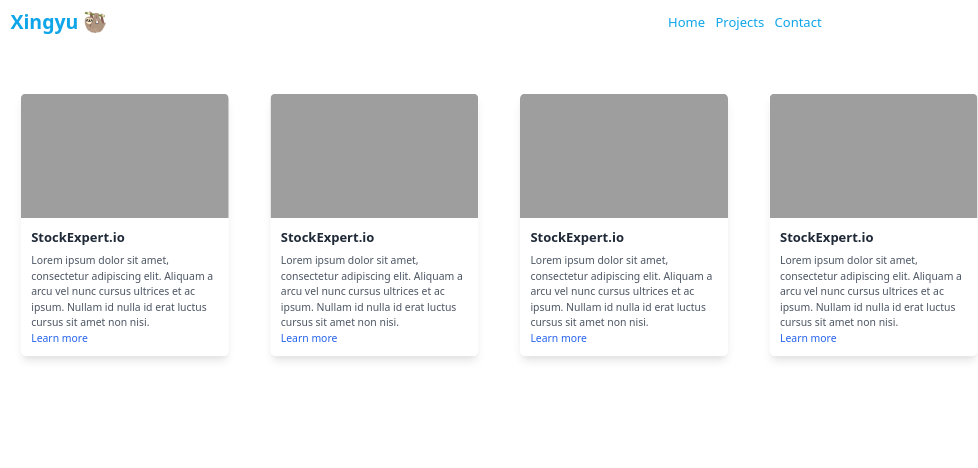
Repository: therealcyberlord/personal-portfolio
Page: /projects
These files come from the project's save history. The page is drawn as it stood at one moment and after the next save; the edit follows.
The browser window is 1280 px wide. The page is 1504 px wide, then 1280 px, then 1504 px, so the pictures cover 1504 px, including what lies to the right of the window. The pictures show the whole page, at 65% of full size.
Pictures or frames that could not be fetched are drawn as grey boxes. The project was rebuilt for these pictures with package versions that can differ from the ones it lists, and the page was loaded fresh each time. Also part of the build but not shown: vite.config.ts, src/components/Profile.tsx, src/pages/Home.tsx, src/pages/Contact.tsx.

Above is the page before, as saved 2023-07-31 22:51:31.

### src/App.tsx
import { BrowserRouter as Router, Routes, Route } from "react-router-dom";
import Home from "./pages/Home";
import Projects from "./pages/Projects";
import Contact from "./pages/Contact";
import Navbar from "./components/Nav";

function App() {
  return (
    <div className="w-screen h-screen">
      <Router>
        <Navbar />
        <Routes>
          <Route path="/" element={<Home />} />
          <Route path="/projects" element={<Projects />} />
          <Route path="/contact" element={<Contact />} />
        </Routes>
      </Router>
    </div>
  );
}

export default App;

### src/pages/Projects.tsx
import Project from "../components/Project";

const Projects = () => {
  return (
    <div className="px-4 py-4">
      <h1 className="text-white text-2xl md:text-3xl font-medium mb-6">
        My Projects
      </h1>
      <div className="grid gap-8" style={{ gridAutoFlow: "column" }}>
        <Project
          name="StockExpert.io"
          description="Lorem ipsum dolor sit amet, consectetur adipiscing elit. Aliquam a arcu vel nunc cursus ultrices et ac ipsum. Nullam id nulla id erat luctus cursus sit amet non nisi."
          img_path="https://camo.githubusercontent.com/945e5847067c8a1e621a81b5eebf8c460be8d8b7176cc0173696d5fdac405438/68747470733a2f2f696d672e796f75747562652e636f6d2f76692f52686c73683466414550492f302e6a7067"
          src_path="https://github.com/therealcyberlord/StockExpert.io"
        />

        <Project
          name="StockExpert.io"
          description="Lorem ipsum dolor sit amet, consectetur adipiscing elit. Aliquam a arcu vel nunc cursus ultrices et ac ipsum. Nullam id nulla id erat luctus cursus sit amet non nisi."
          img_path="https://camo.githubusercontent.com/945e5847067c8a1e621a81b5eebf8c460be8d8b7176cc0173696d5fdac405438/68747470733a2f2f696d672e796f75747562652e636f6d2f76692f52686c73683466414550492f302e6a7067"
          src_path="https://github.com/therealcyberlord/StockExpert.io"
        />
        <Project
          name="StockExpert.io"
          description="Lorem ipsum dolor sit amet, consectetur adipiscing elit. Aliquam a arcu vel nunc cursus ultrices et ac ipsum. Nullam id nulla id erat luctus cursus sit amet non nisi."
          img_path="https://camo.githubusercontent.com/945e5847067c8a1e621a81b5eebf8c460be8d8b7176cc0173696d5fdac405438/68747470733a2f2f696d672e796f75747562652e636f6d2f76692f52686c73683466414550492f302e6a7067"
          src_path="https://github.com/therealcyberlord/StockExpert.io"
        />

        <Project
          name="StockExpert.io"
          description="Lorem ipsum dolor sit amet, consectetur adipiscing elit. Aliquam a arcu vel nunc cursus ultrices et ac ipsum. Nullam id nulla id erat luctus cursus sit amet non nisi."
          img_path="https://camo.githubusercontent.com/945e5847067c8a1e621a81b5eebf8c460be8d8b7176cc0173696d5fdac405438/68747470733a2f2f696d672e796f75747562652e636f6d2f76692f52686c73683466414550492f302e6a7067"
          src_path="https://github.com/therealcyberlord/StockExpert.io"
        />
      </div>
    </div>
  );
};

export default Projects;

### src/components/Nav.tsx
import { Link } from "react-router-dom";

const Navbar = () => {
  return (
    <nav className="p-4">
      <div className="flex justify-between items-center">
        <div className="text-sky-500 dark:text-sky-400 font-bold text-3xl">
          Xingyu 🦥
        </div>
        <ul className="flex space-x-4">
          <li>
            <Link
              to="/"
              className="text-sky-500 text-xl dark:text-sky-400 hover:text-blue-200 dark:hover:text-blue-200 transition duration-300"
            >
              Home
            </Link>
          </li>
          <li>
            <Link
              to="/projects"
              className="text-sky-500 text-xl dark:text-sky-400 hover:text-blue-200 dark:hover:text-blue-200 transition duration-300"
            >
              Projects
            </Link>
          </li>
          <li>
            <Link
              to="/contact"
              className="text-sky-500 text-xl dark:text-sky-400 hover:text-blue-200 dark:hover:text-blue-200 transition duration-300"
            >
              Contact
            </Link>
          </li>
        </ul>
      </div>
    </nav>
  );
};

export default Navbar;

### src/components/Project.tsx
import React from "react";

interface ProfileProps {
  name: string;
  description: string;
  img_path: string;
  src_path: string;
}

const Profile: React.FC<ProfileProps> = ({
  name,
  description,
  img_path,
  src_path,
}) => {
  return (
    <div className="bg-white dark:bg-gray-700 rounded-lg shadow-lg overflow-hidden w-80 mx-4">
      <img
        className="w-full h-48 object-cover object-center"
        src={img_path}
        alt="Project 1"
      />
      <div className="p-4">
        <h3 className="text-xl font-semibold text-gray-800 dark:text-white">
          {name}
        </h3>
        <p className="mt-2 text-gray-600 dark:text-gray-300">{description}</p>
        <a
          href={src_path}
          className="mt-3 text-blue-600 dark:text-blue-400 hover:underline"
        >
          Learn more
        </a>
      </div>
    </div>
  );
};

export default Profile;

### tailwind.config.js
/** @type {import('tailwindcss').Config} */

export default {
  content: ["./index.html", "./src/**/*.{js,ts,jsx,tsx}"],
  theme: {
    extend: {
      colors: {
        primary: "#202225",
        secondary: "#5865f2",
      },
    },
  },
  plugins: [],
};

Loaded but not shown: src/main.tsx (common file); src/index.css (common file)

After the next save:
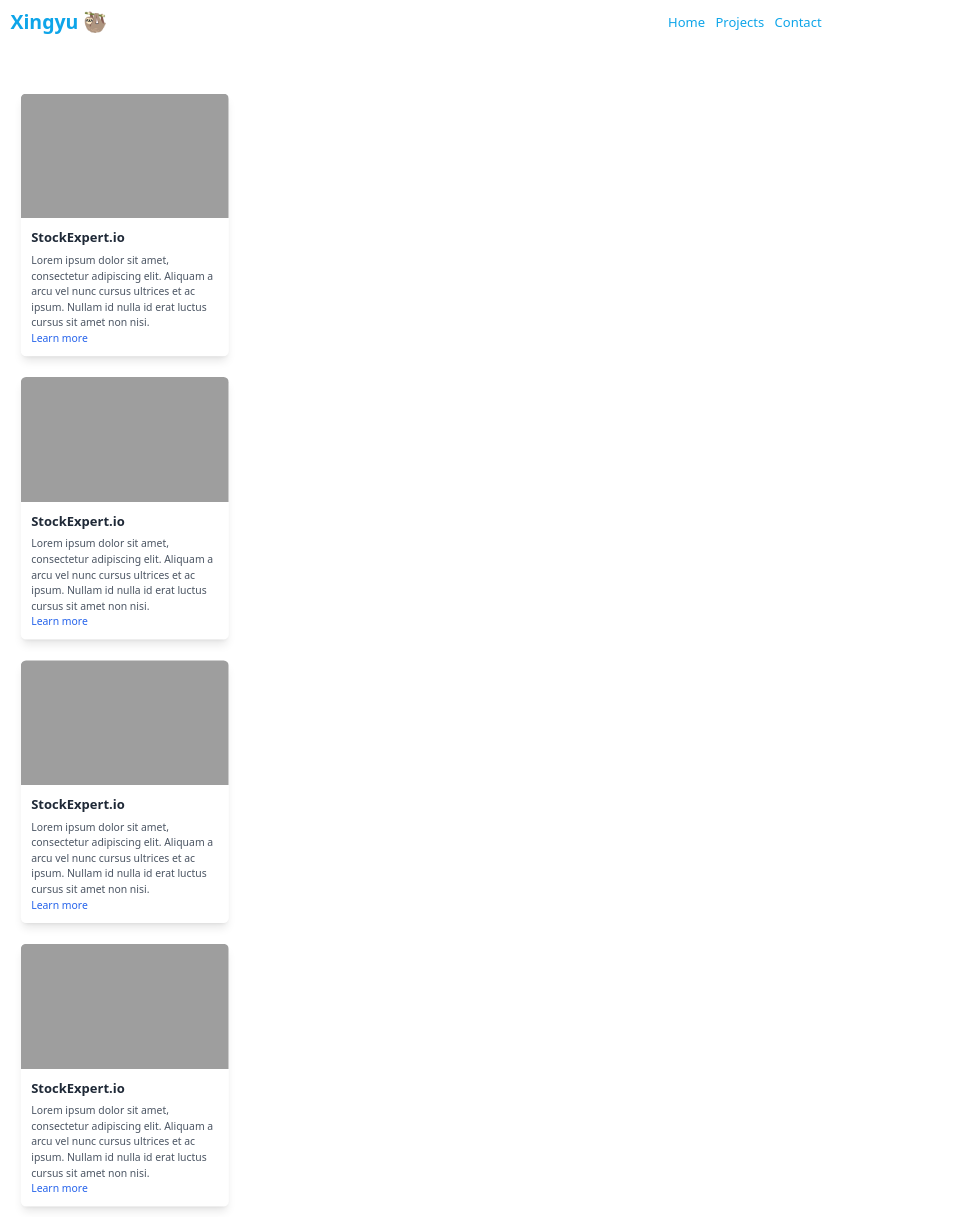
Saved 86 s later.
--- a/src/pages/Projects.tsx
+++ b/src/pages/Projects.tsx
@@ -6,7 +6,7 @@
       <h1 className="text-white text-2xl md:text-3xl font-medium mb-6">
         My Projects
       </h1>
-      <div className="grid gap-8" style={{ gridAutoFlow: "column" }}>
+      <div className="grid gap-8 flex flex-col md:flex-row md:flex-wrap">
         <Project
           name="StockExpert.io"
           description="Lorem ipsum dolor sit amet, consectetur adipiscing elit. Aliquam a arcu vel nunc cursus ultrices et ac ipsum. Nullam id nulla id erat luctus cursus sit amet non nisi."

After the 3 saves that followed:
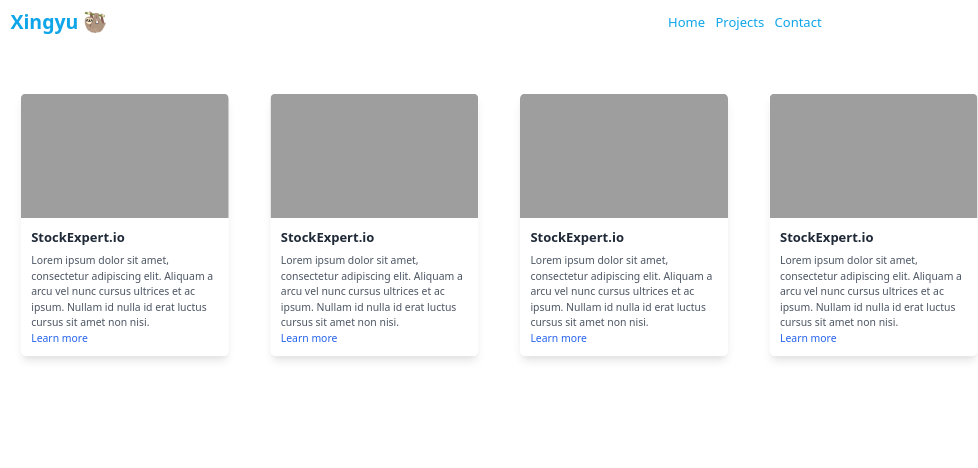
The 3 saves are shown as one change because 1 left the picture as it was and some came seconds apart.
The last was saved 109 s later.
--- a/src/pages/Projects.tsx
+++ b/src/pages/Projects.tsx
@@ -6,7 +6,7 @@
       <h1 className="text-white text-2xl md:text-3xl font-medium mb-6">
         My Projects
       </h1>
-      <div className="grid gap-8 flex flex-col md:flex-row md:flex-wrap">
+      <div className="grid gap-8" style={{ gridAutoFlow: "column" }}>
         <Project
           name="StockExpert.io"
           description="Lorem ipsum dolor sit amet, consectetur adipiscing elit. Aliquam a arcu vel nunc cursus ultrices et ac ipsum. Nullam id nulla id erat luctus cursus sit amet non nisi."
